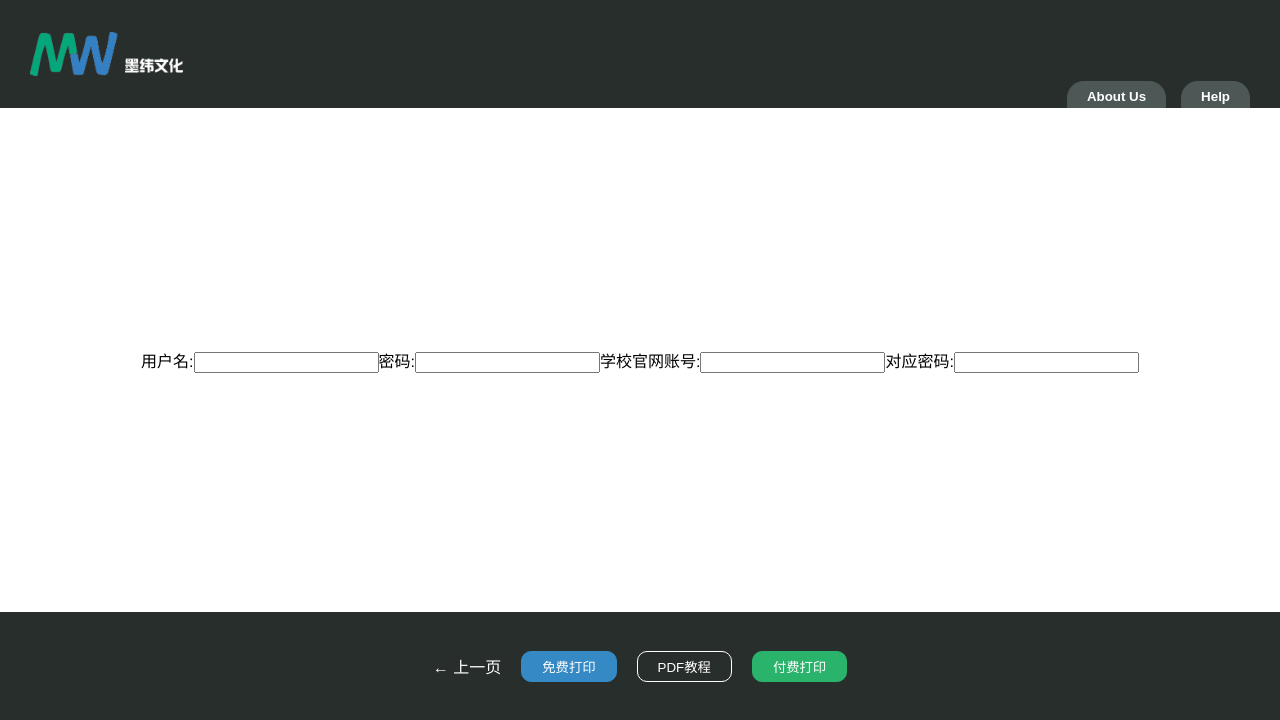
Repository: sucksucksucksuck/mw
Page: /#/register
These files come from the project's save history. The page is drawn as it stood at one moment and after the next save; the edit follows.
The browser window is 1280 px wide. The pictures show the whole page.
The project was rebuilt for these pictures with package versions that can differ from the ones it lists, and the page was loaded fresh each time. Also part of the build but not shown: webpack.config.js, src/components/HelloWorld.vue, src/components/Suck.vue.

Above is the page before, as saved 2018-04-13 17:05:51.

After the next save:
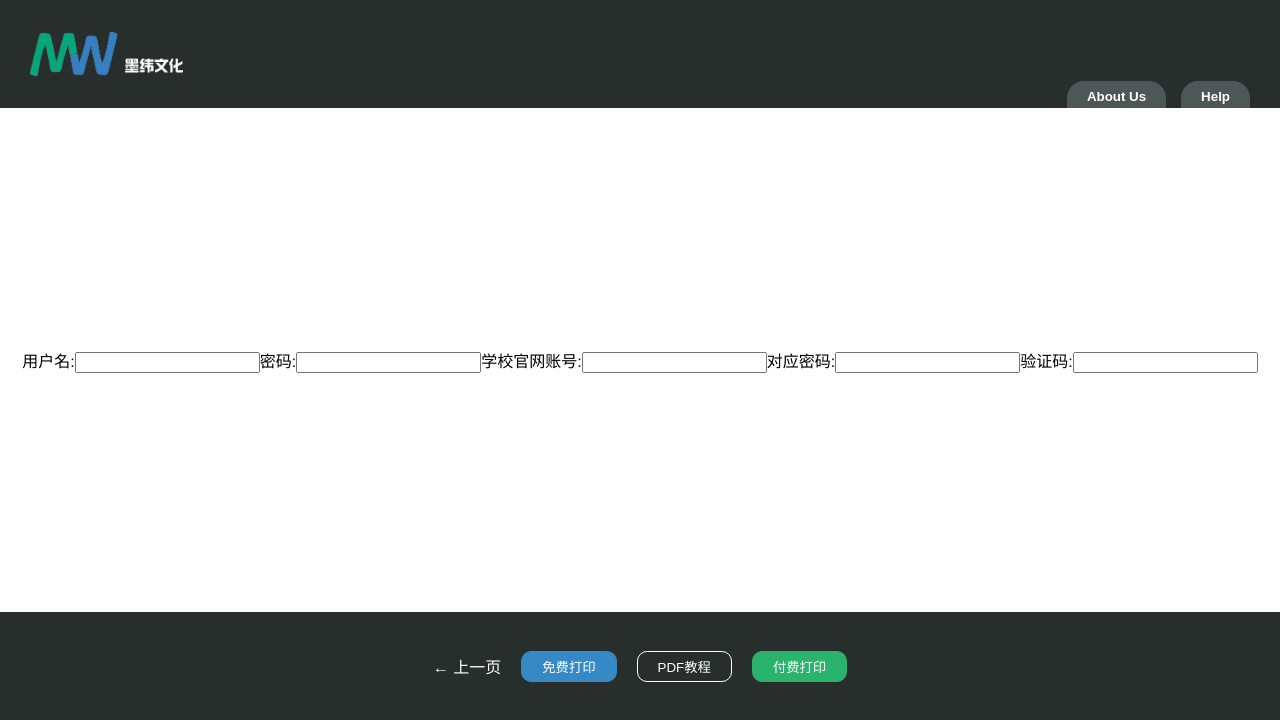
Saved 10 s later.
--- a/src/components/Register.vue
+++ b/src/components/Register.vue
@@ -17,6 +17,10 @@
     </div>
     <div class="item">
       <span>对应密码:</span>
+      <input type="text" name="name">
+    </div>
+    <div class="item">
+      <span>验证码:</span>
       <input type="text" name="name">
     </div>
   </div>
